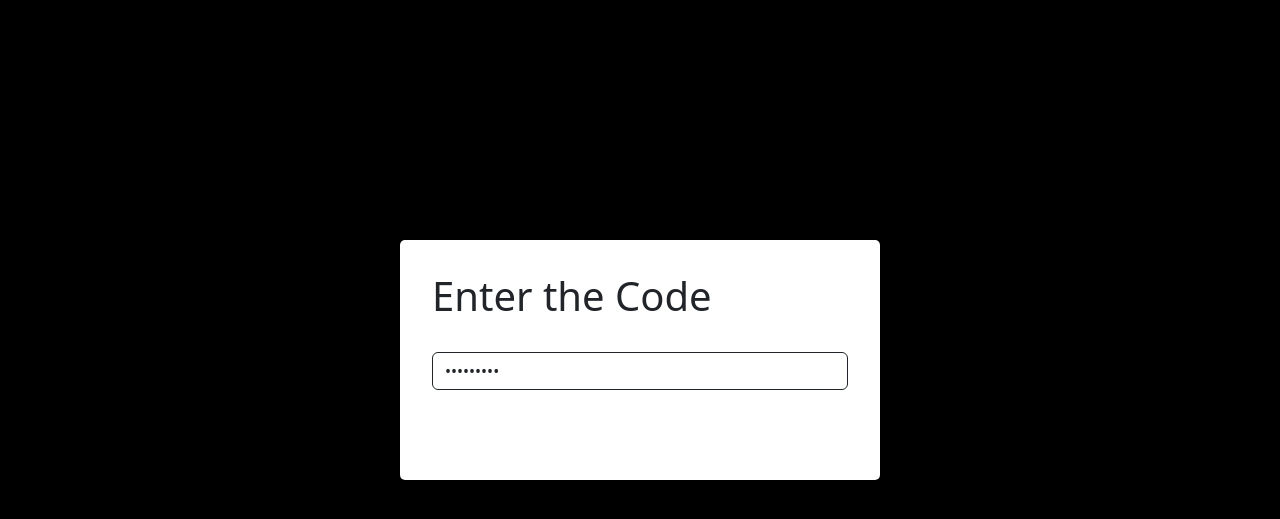
Repository: tran-thien-nhan/quiz_tlln
Page: index.html
An editor plug-in stored every save of this project. The page is shown before and after the next save, followed by the edit.
The browser window is 1280 px wide. The pictures show the whole page.
Empty fields were first filled with sample values (such as "Sample", 5 or name@example.com).
After loading, the first visible `#codeForm` was submitted once.

Above is the page before, as saved 2023-06-28 12:41:56.

After the next save:
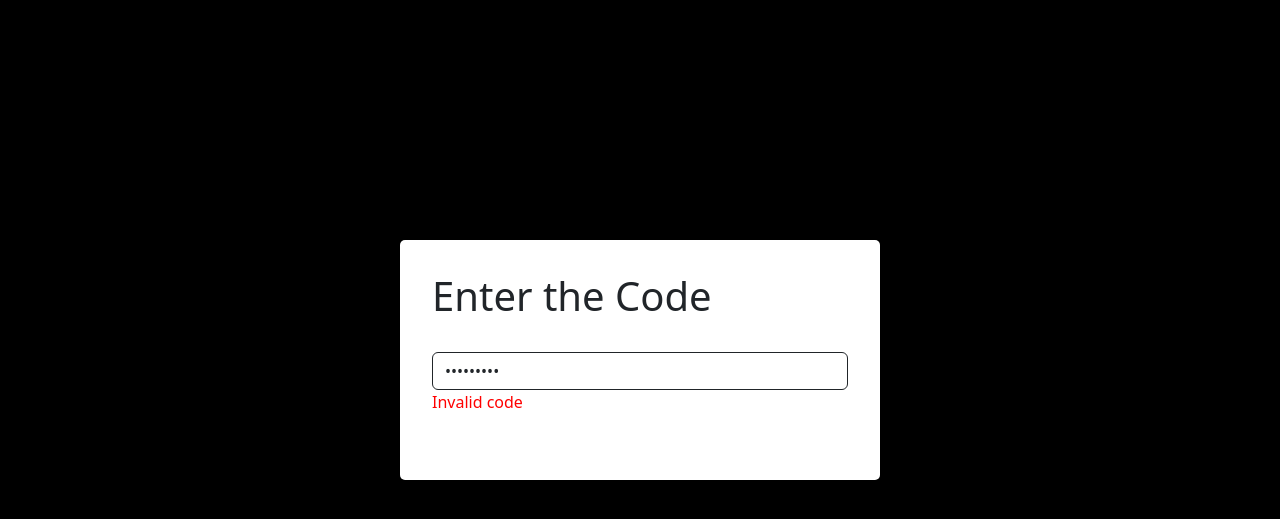
Saved 3 min 9 s later.
--- a/index.html
+++ b/index.html
@@ -43,8 +43,8 @@
       <div class="mb-3">
         <br>
         <input type="password" class="form-control border-dark rounded" id="codeInput" required>
+        <span id="alert"></span>
       </div>
-      <!-- <button id="code-btn" type="submit" class="btn btn-primary">Submit</button> -->
     </form>
   </div>
 
@@ -53,8 +53,14 @@
     document.getElementById("codeForm").addEventListener("submit", function (event) {
       event.preventDefault();
       var code = document.getElementById("codeInput").value;
-      while (code === "TLLN12345") {
+      var alertSpan = document.getElementById("alert");
+      if (code === "TLLN12345") {
+        alertSpan.textContent = "Correct!";
+        alertSpan.style.color = "green";
         window.location.href = "quiz.html"; // Chuyển hướng sang trang quiz.html
+      } else {
+        alertSpan.textContent = "Invalid code";
+        alertSpan.style.color = "red";
       }
     });
   </script>
